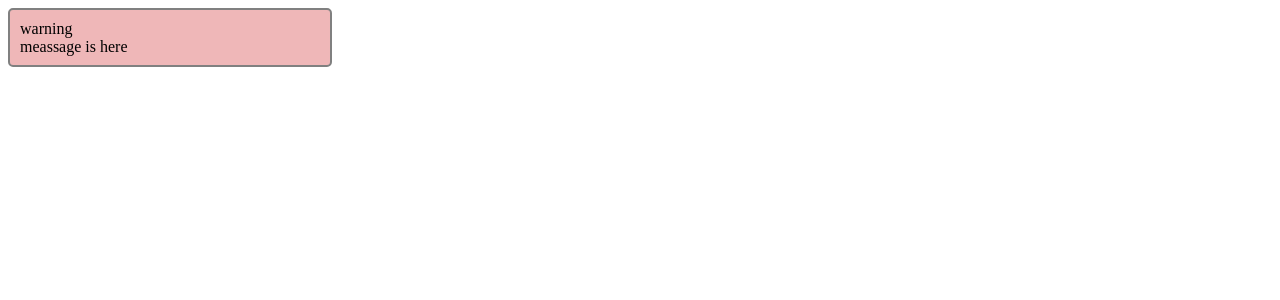
Repository: Fariaddd/javascript-1-module-3
Page: lesson2/6-reusable-html-function/index.html
An editor plug-in stored every save of this project. The page is shown before and after the next save, followed by the edit.
The browser window is 1280 px wide. The pictures show the whole page.

Above is the page before, as saved 2022-02-08 13:58:03.

After the next save:
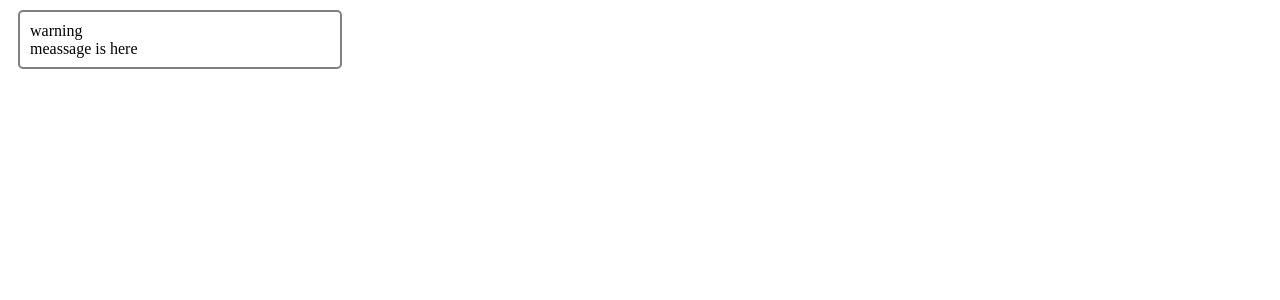
Saved 4 min 52 s later.
--- a/lesson2/6-reusable-html-function/index.html
+++ b/lesson2/6-reusable-html-function/index.html
@@ -18,7 +18,7 @@
         border: 2px solid gray;
         border-radius: 5px;
         flex-direction: column;
-      }
+        margin: 10px;
       .success {
         background-color: forestgreen;
       }

After the save that followed:
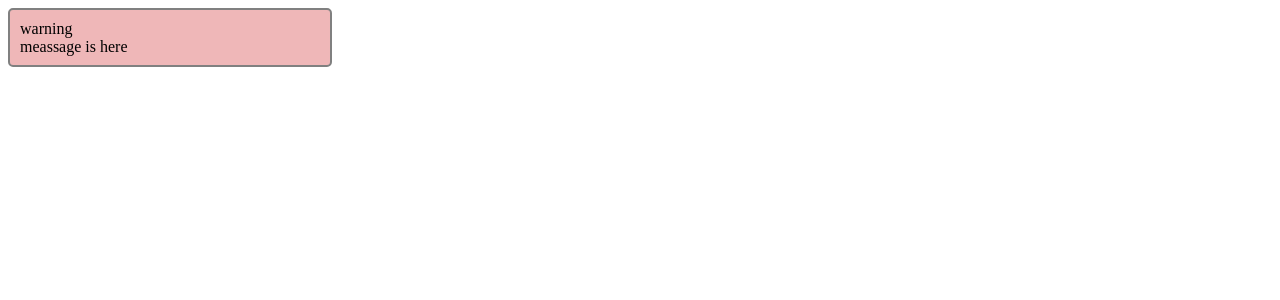
Saved 8 s later.
--- a/lesson2/6-reusable-html-function/index.html
+++ b/lesson2/6-reusable-html-function/index.html
@@ -18,7 +18,7 @@
         border: 2px solid gray;
         border-radius: 5px;
         flex-direction: column;
-        margin: 10px;
+      }
       .success {
         background-color: forestgreen;
       }
